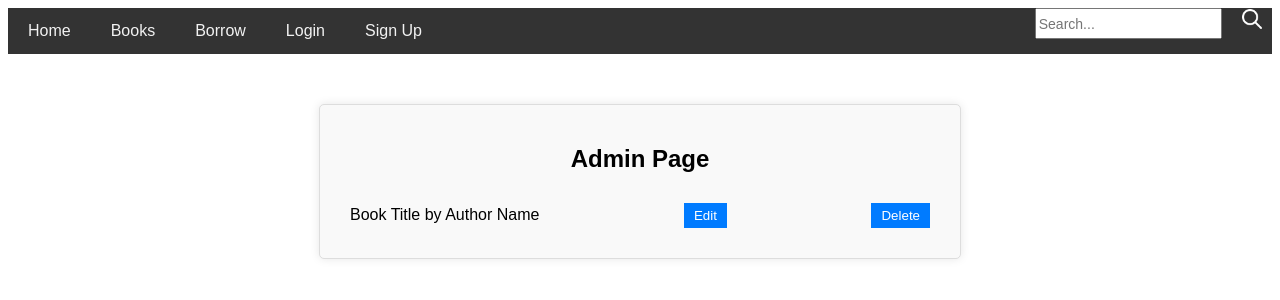
Repository: fadyesk12/Web-Technology-Course-Project
Page: auth/admin.html
An editor plug-in stored every save of this project. The page is shown before and after a run of saves, followed by the edit.
The browser window is 1280 px wide. The pictures show the whole page.

Above is the page before, as saved 2024-04-20 09:39:09.

### auth/admin.html
<!DOCTYPE html>
<html lang="en">

<head>
    <meta charset="UTF-8">
    <meta name="viewport" content="width=device-width, initial-scale=1.0">
    <title>Admin Page</title>
    <link rel="stylesheet" href="../Styling/admin.css">
</head>

<body>
    <div id="navbar">
        <a href="../index.html">Home</a>
        <a href="../book_list.html">Books</a>
        <a href="../borrow.html">Borrow</a>
        <a href="../auth/login.html">Login</a>
        <a href="../auth/signup.html">Sign Up</a>
        <div class="search">
            <form action="" method="get">
                <input type="text" placeholder="Search...">
                <button type="submit"><img src="../PICS/search.png"></button>
            </form>
        </div>
    </div>
    <div class="container">
        <h2>Admin Page</h2>
        <div id="bookList">
            <div class="book-row">
                <span>Book Title by Author Name</span>
                <button>Edit</button>
                <button>Delete</button>
            </div>
        </div>
    </div>
</body>

</html>

### Styling/admin.css
#navbar {
    overflow: hidden;
    background-color: #333;
}

#navbar a {
    float: left;
    display: block;
    color: #f2f2f2;
    text-align: center;
    padding: 14px 20px;
    text-decoration: none;
}

#navbar a:hover {
    background-color: #ddd;
    color: black;
}

body {
    font-family: Arial, sans-serif;
}

.container {
    max-width: 600px;
    margin: 50px auto;
    padding: 20px;
    border: 1px solid #ddd;
    border-radius: 5px;
    background-color: #f9f9f9;
    box-shadow: 0 0 10px rgba(0, 0, 0, 0.1);
}


label {
    display: block;
    font-weight: bold;
    margin-bottom: 5px;
}

h1,
h2 {
    text-align: center;
}

#bookList {
    width: 100%;
    max-width: 600px;
    margin: 0 auto;
}

.book-row {
    display: flex;
    justify-content: space-between;
    align-items: center;
    padding: 10px;
    border-bottom: 1px solid #ccc;
}

.book-row:last-child {
    border-bottom: none;
}

button {
    margin-left: 10px;
    background-color: #007bff;
    color: white;
    border: none;
    padding: 5px 10px;
    cursor: pointer;
}

button:hover {
    background-color: #0056b3;
}

.search {
    float: right;
}

.search input {
    width: 75%;
    height: 25px;
    font-size: 14px;
}

.search img {
    width: 20px;
}

.search button {
    background-color: #333;
    border: 0;
    height: 25px;
    padding: 0 10px;
}

.search form {
    display: flex;
    justify-content: flex-end;
}

After the next 3 saves:
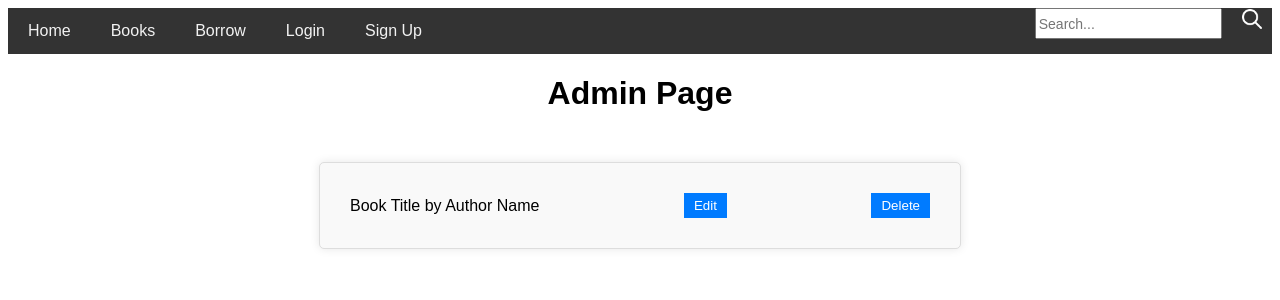
The 3 saves are shown as one change because they came seconds apart.
The last was saved 21 s later.
--- a/auth/admin.html
+++ b/auth/admin.html
@@ -22,8 +22,8 @@
             </form>
         </div>
     </div>
+    <h1>Admin Page</h1>
     <div class="container">
-        <h2>Admin Page</h2>
         <div id="bookList">
             <div class="book-row">
                 <span>Book Title by Author Name</span>
